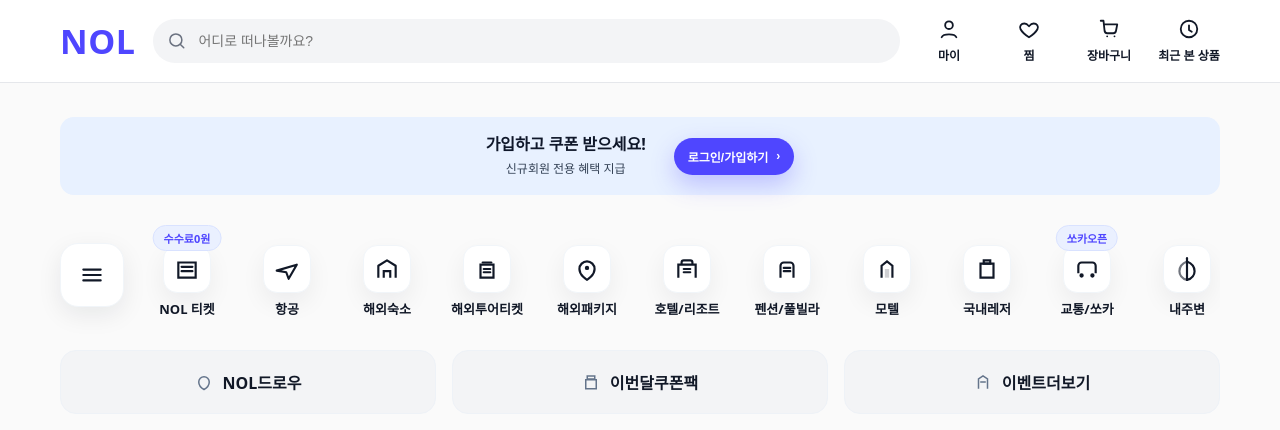
Repository: ilrangkwon/vscode
Page: 260210/project/html/index_coreect.html
These files come from the project's save history. The page is drawn as it stood at one moment and after the next save; the edit follows.
The browser window is 1280 px wide. The pictures show the whole page.

Above is the page before, as saved 2026-02-10 14:26:57.

After the next save:
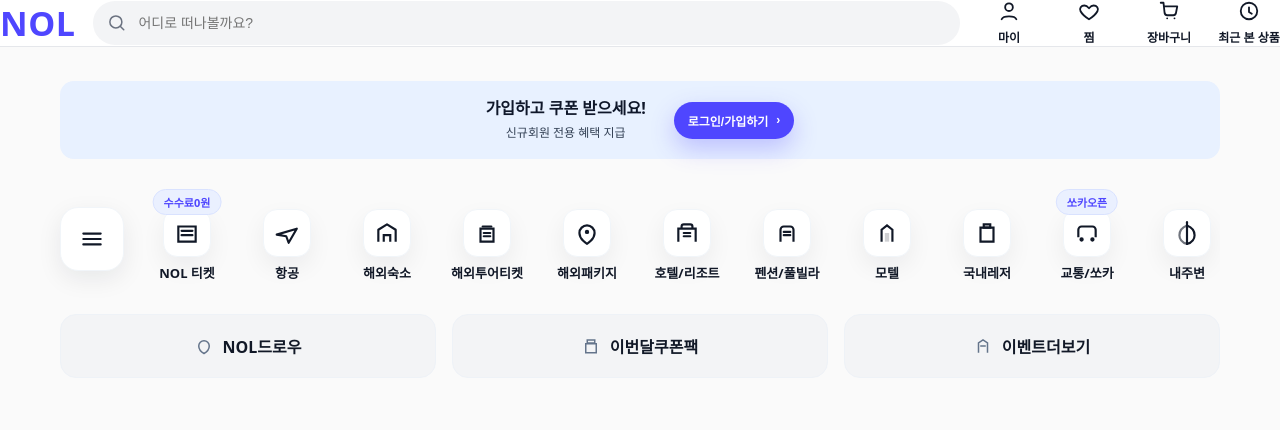
Saved 75 s later.
--- a/260210/project/html/index_coreect.html
+++ b/260210/project/html/index_coreect.html
@@ -36,13 +36,10 @@
       border-bottom:1px solid var(--line);
     }
     .topbar__inner{
-      display:flex;
-      align-items:center;
-      gap:18px;
-      flex-wrap:nowrap;
-      max-width:var(--max);
-      margin:0 auto;
-      padding:18px 20px;
+  display:flex;
+  align-items:center;
+  gap:18px;
+  flex-wrap: nowrap;
     }
 
     .logo{
